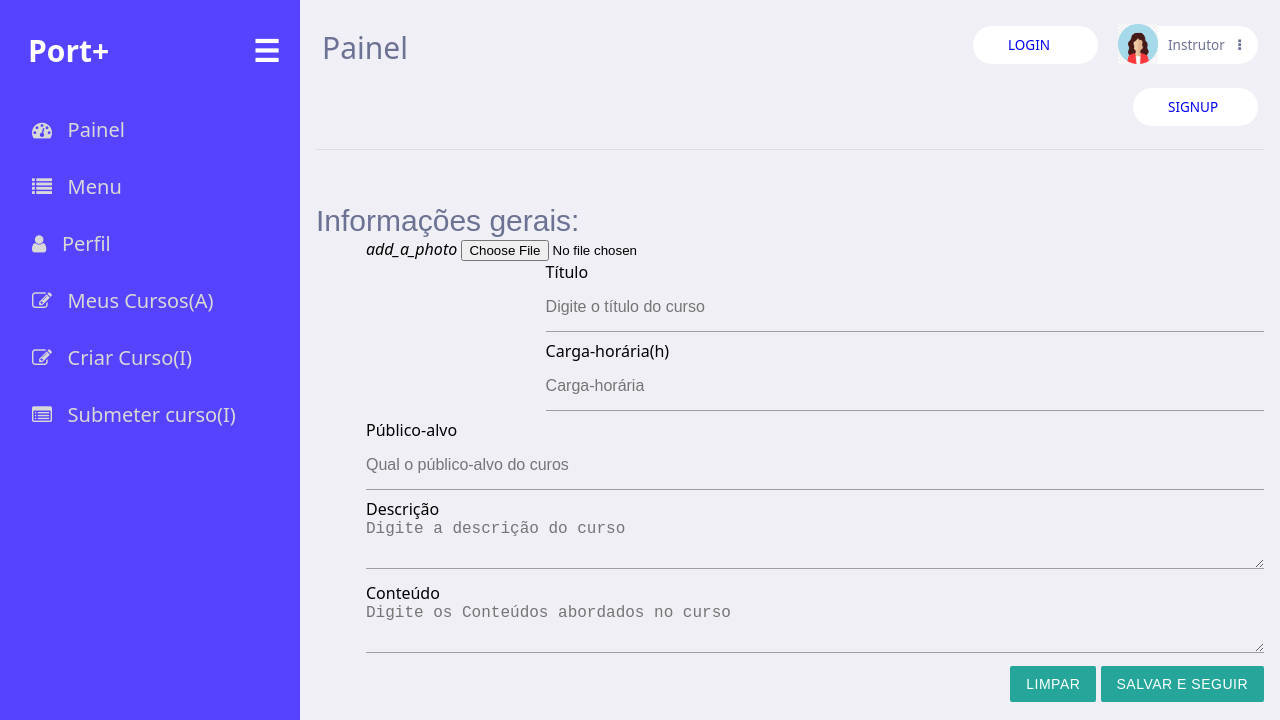
Repository: LauraMViana/Port-plus
Page: http://localhost/portPlus/criarCurso/criarCurso
An editor plug-in stored every save of this project. The page is shown before and after the next save, followed by the edit.
The browser window is 1280 px wide. The pictures show the whole page.
The page is this project's Thymeleaf template; nobody is signed in. The template is opened directly, without the code that normally fills it, so the values that code supplies are empty.

Above is the page before, as saved 2021-12-28 14:58:12.

After the next save:
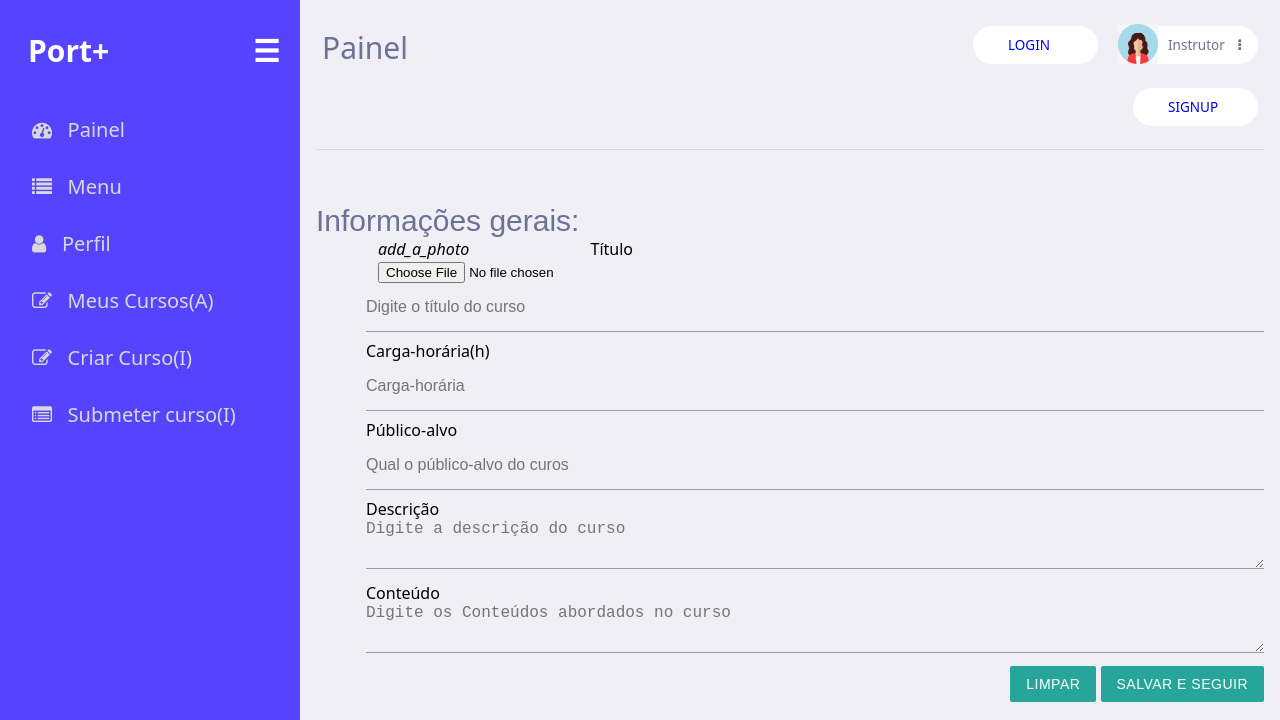
Saved 92 s later.
--- a/port/src/main/resources/templates/portPlus/criarCurso/criarCurso.html
+++ b/port/src/main/resources/templates/portPlus/criarCurso/criarCurso.html
@@ -20,12 +20,12 @@
 		<h4>Informações gerais:</h4>
 		<form action="/portPlus/criarCurso" method="post"
 			enctype="multipart/form-data" th:object="${curso}">
-			<div class="file input-field">
+			<div class="file input-field col s3">
 				<i class="large material-icons">add_a_photo</i> <input type="file"
 					name="file">
 				<p th:errors="*{nomeLogo}"></p>
 			</div>
-			<div class="input-field s10">
+			<div class="input-field s9">
 				<label for="titulo">Título</label> <input
 					placeholder="Digite o título do curso" id="titulo" type="text"
 					class="validate" th:field="*{titulo}">
